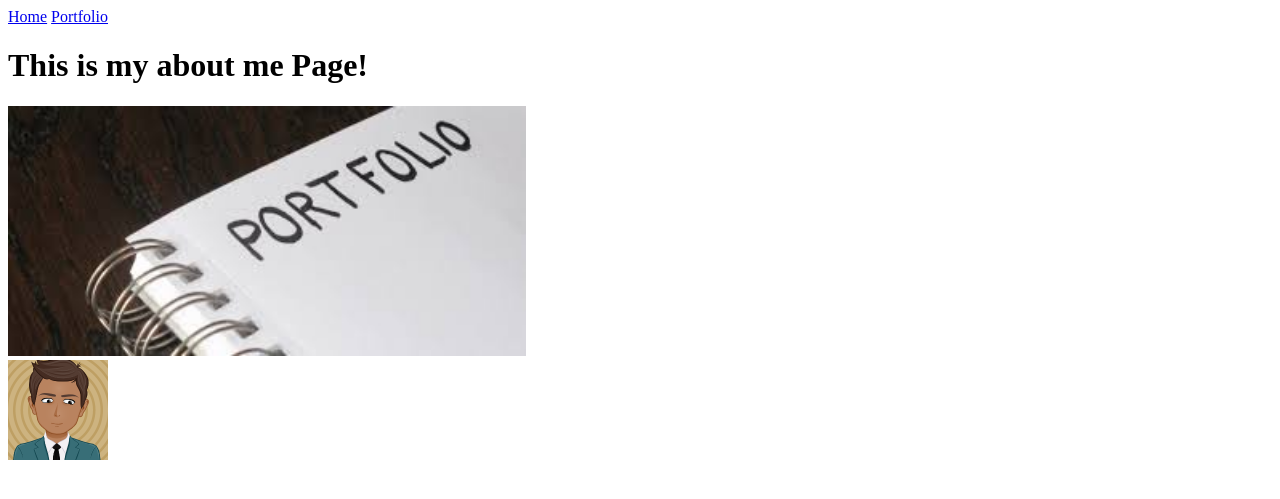
Repository: Dnoyola2031/dnoyola2031.github.io
Page: my_website/about me.html
The author's editor kept a record of every edit. The page is drawn from the files as they stood at one moment, then again after the next edit.
The browser window is 1280 px wide. The pictures show the whole page.

Above is the page before.

### my_website/about me.html
<!doctype html>
	<html lang="en">
	  <head>
	    <meta charset="utf-8">
	    <title>Portfolio</title>
	  </head>
	  <body>
    <a href="index.html">Home</a>
    <a href="portfolio.html">Portfolio</a>
    <h1>This is my about me Page!</h1>
    <img src="images/portfolio.jpg" height="250">
    <br>
    <a target="_blank" href="https://scratch.mit.edu">
      <img src="images/myAvatar.png" height="100">
    </a>
	  </body>
	</html>

After the next edit:
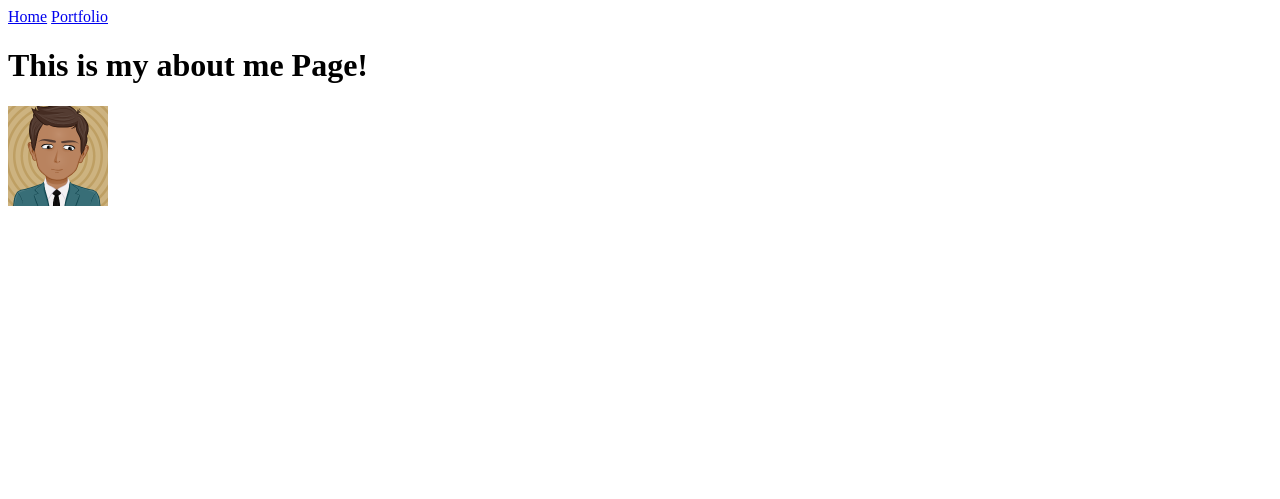
The edit:
--- a/my_website/about me.html
+++ b/my_website/about me.html
@@ -8,8 +8,6 @@
     <a href="index.html">Home</a>
     <a href="portfolio.html">Portfolio</a>
     <h1>This is my about me Page!</h1>
-    <img src="images/portfolio.jpg" height="250">
-    <br>
     <a target="_blank" href="https://scratch.mit.edu">
       <img src="images/myAvatar.png" height="100">
     </a>
